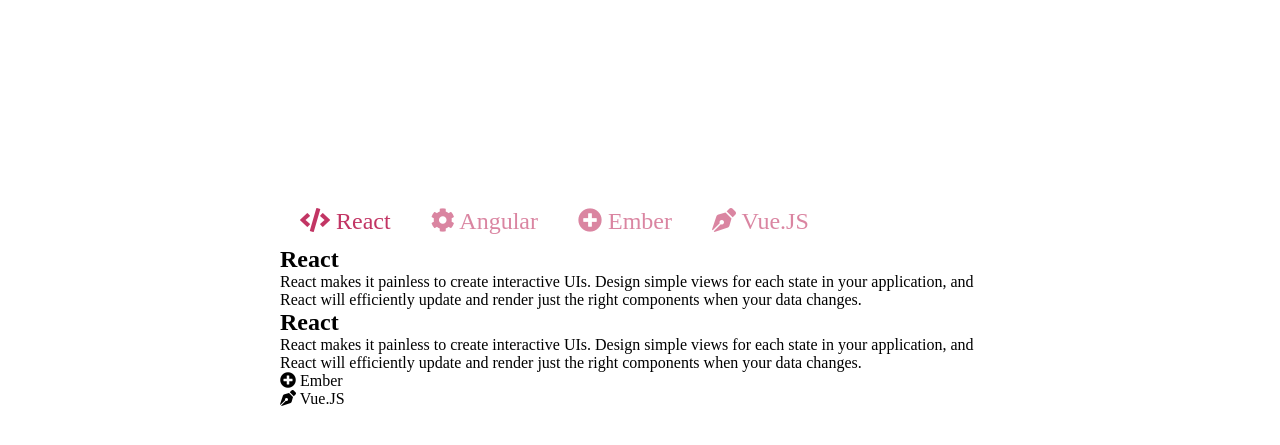
Repository: dovanthao2404/switch-tabs
Page: index.html
The author's editor kept a copy of each file at every save. The page is drawn from the files as they stood at one save, then again after the next save.
The browser window is 1280 px wide. The pictures show the whole page.

Above is the page before, as saved 2021-06-27 20:21:18.

### index.html
<!DOCTYPE html>
<html lang="en">

<head>
  <meta charset="UTF-8">
  <meta http-equiv="X-UA-Compatible" content="IE=edge">
  <meta name="viewport" content="width=device-width, initial-scale=1.0">
  <title>Tab</title>
  <link rel="stylesheet" href="https://cdnjs.cloudflare.com/ajax/libs/font-awesome/5.15.3/css/all.min.css"
    integrity="sha512-iBBXm8fW90+nuLcSKlbmrPcLa0OT92xO1BIsZ+ywDWZCvqsWgccV3gFoRBv0z+8dLJgyAHIhR35VZc2oM/gI1w=="
    crossorigin="anonymous" referrerpolicy="no-referrer" />
  <link rel="stylesheet" href="./style.css">
</head>

<body>
  <div class="container">
    <div class="tab-header">
      <div class="tab-item active">
        <i class="tab-icon fas fa-code"></i>
        React
      </div>
      <div class="tab-item">
        <i class="tab-icon fas fa-cog"></i>
        Angular
      </div>
      <div class="tab-item">
        <i class="tab-icon fas fa-plus-circle"></i>
        Ember
      </div>
      <div class="tab-item">
        <i class="tab-icon fas fa-pen-nib"></i>
        Vue.JS
      </div>
      <div class="line"></div>
    </div>
    <div class="tab-content">
      <div class="tab-pane active">
        <h2>React</h2>
        <p>
          React makes it painless to create interactive UIs. Design simple views for each state in your application, and
          React will efficiently update and render just the right components when your data changes.</p>
      </div>
      <div class="tab-pane">
        <h2>React</h2>
        <p>
          React makes it painless to create interactive UIs. Design simple views for each state in your application, and
          React will efficiently update and render just the right components when your data changes.</p>
      </div>
      <div class="tab-pane">
        <i class="tab-icon fas fa-plus-circle"></i>
        Ember
      </div>
      <div class="tab-pane">
        <i class="tab-icon fas fa-pen-nib"></i>
        Vue.JS
      </div>
      <div class="line"></div>
    </div>
  </div>
</body>

</html>

### style.css
* {
  padding: 0;
  margin: 0;
  box-sizing: border-box;
}
.container {
  margin: 15% auto;
  width: 720px;
  text-align: center;
}
.tab-header {
  display: flex;
  position: relative;
}
.tab-item {
  color: #c23564;
  font-size: 24px;
  opacity: 0.6;
  cursor: pointer;
  padding: 16px 20px 11px 20px;
}
.tab-item.active {
  opacity: 1;
}
.line {
  position: absolute;
  height: 6px;
  left: 0;
  bottom: 0;
  width: 0px;
  background-color: #c23564;
  border-radius: 15px;
}
.tab-content {
  text-align: left;
}

After the next save:
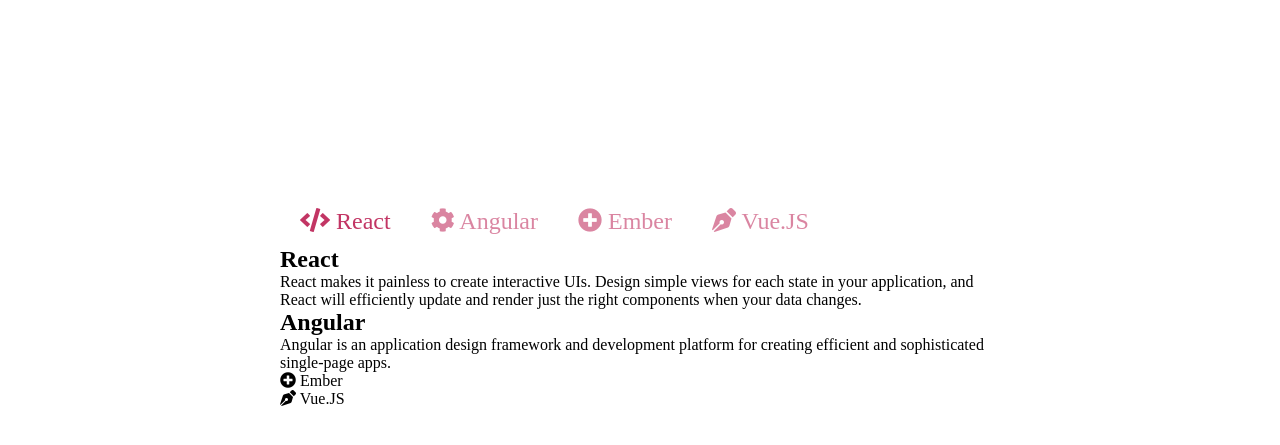
Saved 12 s later.
--- a/index.html
+++ b/index.html
@@ -41,10 +41,10 @@
           React will efficiently update and render just the right components when your data changes.</p>
       </div>
       <div class="tab-pane">
-        <h2>React</h2>
+        <h2>Angular</h2>
         <p>
-          React makes it painless to create interactive UIs. Design simple views for each state in your application, and
-          React will efficiently update and render just the right components when your data changes.</p>
+          Angular is an application design framework and development platform for creating efficient and sophisticated
+          single-page apps.</p>
       </div>
       <div class="tab-pane">
         <i class="tab-icon fas fa-plus-circle"></i>
